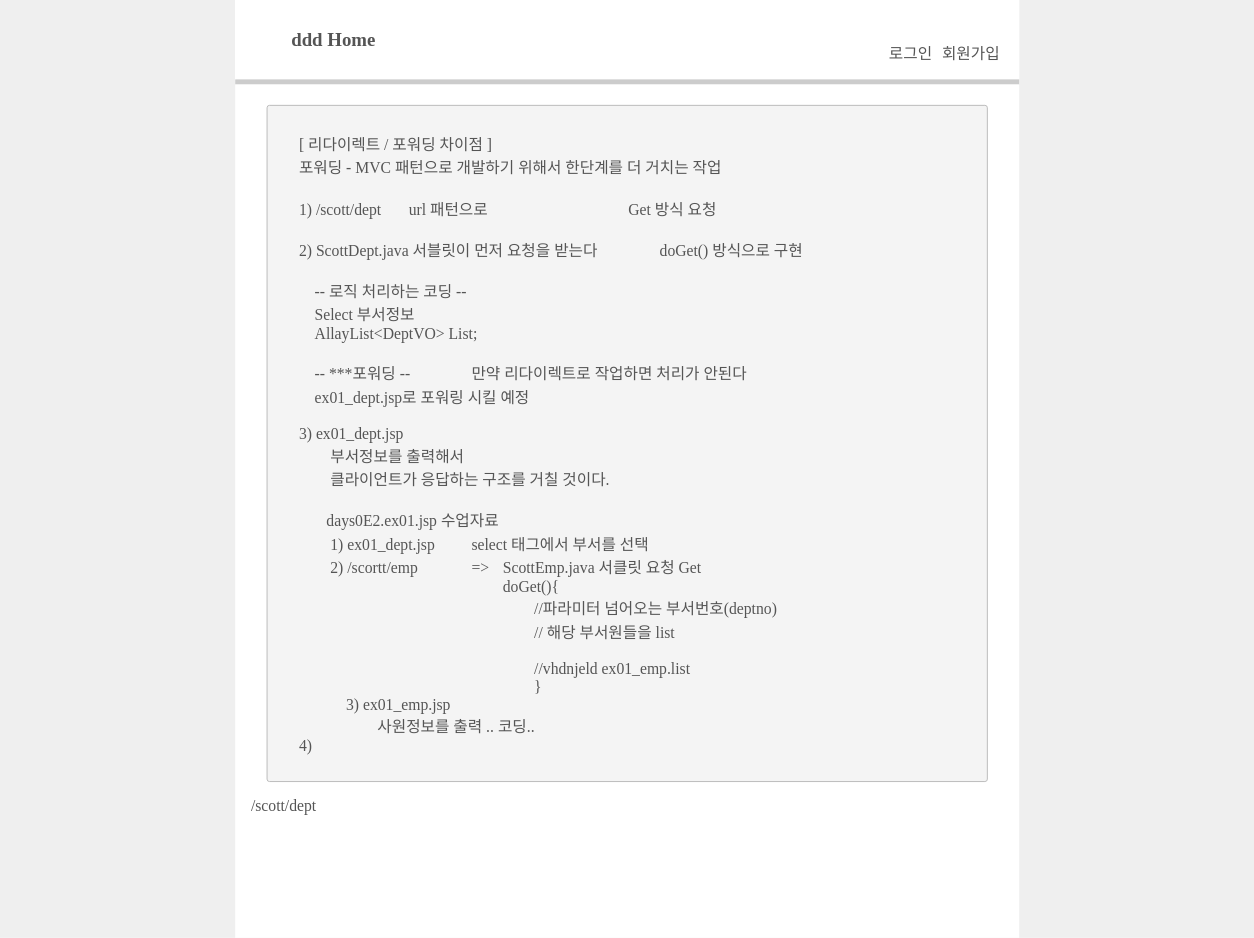
Repository: Deneb0000/JSP
Page: http://localhost/jspPro/days04/ex01.jsp
An editor plug-in stored every save of this project. The page is shown before and after the next save, followed by the edit.
The browser window is 1280 px wide. The pictures show the whole page, at 98% of full size.
Some web fonts or font styles are not loaded; a fallback is used. The page is served by Tomcat 9. Other server files are loaded and not shown.

Above is the page before, as saved 2024-10-18 01:06:12.

### jspPro/src/main/webapp/days04/ex01.jsp
<%@ page contentType="text/html; charset=UTF-8" pageEncoding="UTF-8"%>
<!DOCTYPE html>
<html>
<head>
<meta charset="UTF-8">
<title>Insert title here</title>
<link rel="shortcut icon" type="image/x-icon" href="http://localhost/jspPro/images/SiSt.ico">
<script src="https://ajax.googleapis.com/ajax/libs/jquery/3.7.1/jquery.min.js"></script>
<meta name="viewport" content="width=device-width, initial-scale=1.0">
<meta name="google" content="notranslate">
<link rel="stylesheet" href="http://localhost/jspPro/resources/cdn-main/example.css">
<script src="http://localhost/jspPro/resources/cdn-main/example.js"></script>
<style>
 span.material-symbols-outlined{
    vertical-align: text-bottom;
 }
</style>
</head>
<body>
<header>
  <h1 class="main"><a href="#" style="position: absolute;top:30px;">ddd Home</a></h1>
  <ul>
    <li><a href="#">로그인</a></li>
    <li><a href="#">회원가입</a></li>
  </ul>
</header>
<div>
  <xmp class="code">
    [ 리다이렉트 / 포워딩 차이점 ]
    포워딩 - MVC 패턴으로 개발하기 위해서 한단계를 더 거치는 작업

    1) /scott/dept	url 패턴으로 					Get 방식 요청

    2) ScottDept.java 서블릿이 먼저 요청을 받는다		doGet() 방식으로 구현

    	-- 로직 처리하는 코딩 --
    	Select 부서정보
    	AllayList<DeptVO> List;

    	-- ***포워딩 --		만약 리다이렉트로 작업하면 처리가 안된다
    	ex01_dept.jsp로 포워링 시킬 예정

    3) ex01_dept.jsp
	    부서정보를 출력해서
	    클라이언트가 응답하는 구조를 거칠 것이다.

	   days0E2.ex01.jsp 수업자료
	    1) ex01_dept.jsp		select 태그에서 부서를 선택
	    2) /scortt/emp 		=>	ScottEmp.java 서클릿 요청 Get
	    						doGet(){
	    							//파라미터 넘어오는 부서번호(deptno)
	    							// 해당 부서원들을 list

	    							//vhdnjeld ex01_emp.list
	    							}
		3) ex01_emp.jsp
			사원정보를 출력 .. 코딩..
    4)
  </xmp>
  <%
  //	"/jspPro" 선언
  String contextPath = request.getContextPath();
  %>
  <a href="<%= contextPath %>/scott/dept">/scott/dept</a>
</div>
</body>
</html>

### jspPro/src/main/webapp/resources/cdn-main/example.css
@charset "UTF-8";

@import url('https://fonts.googleapis.com/css2?family=Material+Symbols+Outlined:opsz,wght,FILL,GRAD@20..48,100..700,0..1,-50..200');

@font-face {
    font-family: 'GmarketSansMedium';
    src: url('https://cdn.jsdelivr.net/gh/projectnoonnu/noonfonts_2001@1.1/GmarketSansMedium.woff') format('woff');
    font-weight: normal;
    font-style: normal;
}

:root {
	--text-color: #555;
	--sub-text-color: #777;
	--back-color: #EFEFEF;
	--header-color: #444;
	--primary-color: #DEDEDE;
	--secondary-color: #EFEFEF;
	--default-width: 800px;
	--narrow-width: 500px;
	--wide-width: 1200px;
	--text-font: 'GmarketSansMedium';
	--icon-font: 'Material Symbols Outlined';
	--border-color: #CCC;
}

html, body {
	margin: 0;
	padding: 0;
}

html {
	background-color: var(--back-color);
	display: flex;
	justify-content: center;
	min-height: 100vh;
}

body, body.default {
	width: var(--default-width);
	background-color: white;
	padding-bottom: 120px;
}

body.wide {
	width: var(--wide-width);
}

body.narrow {
	width: var(--narrow-width);
}



body, p, div, span, a, input, select, option, textarea, button, table, th, td, label, fieldset, legend {
	font-family: var(--text-font);
	color: var(--text-color);
}

h1, h2, h3 {
	font-family: var(--text-font);
	color: var(--header-color);
	padding: 0 1rem;
	padding-top: .5rem;
}

div > h1, div > h2, div > h3 {
	padding: 0;
}

body > div, body > main > div {
	padding: 0.3rem 1rem;
}


h1 { font-size: 2rem; border-bottom: 1px solid var(--border-color); }
h1 small { font-size: 1.2rem; color: var(--sub-text-color); }
h2 { font-size: 1.5rem; border-bottom: 1px dashed var(--border-color); }
h2 small { font-size: 1.1rem; color: --sub-text-color; }
h3 { font-size: 1.2rem; }
h3 small { font-size: 1rem; color: --sub-text-color; }



h1.main::before {
	font-family: var(--icon-font);
  	content: '\e666';
  	margin-right: 10px;
  	float: left;
	font-size: 2.5rem;
}

h1.sub::before {
	font-family: var(--icon-font);
  	content: '\ea19';
  	margin-right: 10px;
  	float: left;
	font-size: 2.5rem;
}


h1.page::before {
	font-family: var(--icon-font);
  	content: '\e0e0';
  	margin-right: 10px;
  	float: left;
	font-size: 2.5rem;
}

body > header > ul > li > .active{
	background-color: #FFF;
	color:#F00;
}

body > header {
	display: flex;
	justify-content: space-between;
	border-bottom: 5px solid var(--border-color);
	min-height: 74px;
	background-color: #FFF;
}

body > header.sticky {
	position: sticky;
	top: 0;
	z-index: 98;
}

body > header > h1 {
	font-size: 1.2rem;
	border: 0;
}

body > header.in > h1::before {
	font-family: var(--icon-font);
  	content: '\e332‥';
  	margin-right: 3px;
  	float: left;
	font-size: 2rem;
}


body > header > ul {
	list-style-type: none;
	display: flex;
	align-items: flex-end;
	margin-right: 10px;
}

body > header > ul > li {
	margin-right: 10px;
	cursor: pointer;
}

body > header > ul > li > a {
	cursor: pointer;
}


form {
	display: block;
}

form > div {
	padding: 0.3rem 1rem;
}

div > form > div {
	padding: 0.3rem 0;
}

input, textarea, button, select {
	border: 1px solid #BBB;
	border-radius: 3px;
	outline: none;
	resize: none;
	padding: 7px;
	margin: 0;
}

input[type=text]:read-only, textarea:read-only {
	cursor: not-allowed;
	background-color: #FFF;
}

input[type=text]:disabled, textarea:disabled {
	cursor: not-allowed;
	background-color: #EEE;
}

input[type=text], input[type=password], textarea, button, select {
	/* width: 300px; */
}

textarea {
	display: block;
	height: 100px;
}

input[type=button], input[type=submit], button {
	/* width: inherit; */
}

input.short, textarea.short, button.short, select.short {
	width: 100px;
}

input.long, textarea.long, button.long, select.long {
	width: 350px;
}

.narrow input.long, .narrow textarea.long, .narrow button.long, .narrow select.long {
	width: calc(100% - 20px);
}

input.full, textarea.full, button.full, select.full {
	width: calc(100% - 20px);
}

textarea.short {
	height: 50px;
}

textarea.long {
	height: 100px;
}

textarea.full {
	height: 200px;
}

input, textarea {
	padding-top: 8px;
}

input[type=button], input[type=submit], button {
	padding: 5px 10px;
	background-color: var(--secondary-color);
	cursor: pointer;
	min-height: 36px;
}

input[type=button].primary, input[type=submit].primary, button.primary {
	/* background-color: rgba(100, 149, 237, .2); */
	background-color: var(--primary-color);
}

input[type=button].primary:hover, input[type=submit].primary:hover, button.primary:hover {
	/* background-color: rgba(100, 149, 237, .3); */
	background-color: var(--secondary-color);
}

input[type=button]:hover, input[type=submit]:hover, button:hover {
	background-color: var(--primary-color);
}

button {
	position: relative;
	left: 0;
	top: 0;
	padding-left: 35px;
}

button .material-symbols-outlined {
	position: absolute;
	left: 10px;
	top: 4px;
}

/* k2nik add */
button.login::before {
	font-family: var(--icon-font);
  	content: '\ea77';
	position: absolute;
	left: 11px;
	top: 4px;
	font-size: 1.25rem;
}

/* k2nik logout */
button.logout::before {
	font-family: var(--icon-font);
  	content: '\e9ba';
	position: absolute;
	left: 11px;
	top: 4px;
	font-size: 1.25rem;
}

/* k2nik help */
button.help::before {
	font-family: var(--icon-font);
  	content: '\f1c0';
	position: absolute;
	left: 11px;
	top: 4px;
	font-size: 1.25rem;
}

button.add::before{
	font-family: var(--icon-font);
  	content: '\e746';
	position: absolute;
	left: 11px;
	top: 4px;
	font-size: 1.25rem;
}

button.back::before {
	font-family: var(--icon-font);
  	content: '\e166';
	position: absolute;
	left: 11px;
	top: 4px;
	font-size: 1.25rem;
}

button.list::before {
	font-family: var(--icon-font);
  	content: '\e0ee';
	position: absolute;
	left: 11px;
	top: 4px;
	font-size: 1.25rem;
}


button.del::before {
	font-family: var(--icon-font);
  	content: '\e872';
	position: absolute;
	left: 11px;
	top: 4px;
	font-size: 1.25rem;
}


button.edit::before {
	font-family: var(--icon-font);
  	content: '\e745';
	position: absolute;
	left: 11px;
	top: 4px;
	font-size: 1.25rem;
}


button.login::before {
	font-family: var(--icon-font);
  	content: '\ea77';
	position: absolute;
	left: 11px;
	top: 4px;
	font-size: 1.25rem;
}


button.logout::before {
	font-family: var(--icon-font);
  	content: '\e9ba';
	position: absolute;
	left: 11px;
	top: 4px;
	font-size: 1.25rem;
}


button.in::before {
	font-family: var(--icon-font);
  	content: '\f71a';
	position: absolute;
	left: 11px;
	top: 4px;
	font-size: 1.25rem;
}


button.out::before {
	font-family: var(--icon-font);
  	content: '\f70e';
	position: absolute;
	left: 11px;
	top: 4px;
	font-size: 1.25rem;
}


button.reply::before {
	font-family: var(--icon-font);
  	content: '\e15e';
	position: absolute;
	left: 11px;
	top: 4px;
	font-size: 1.25rem;
}


button.comment::before {
	font-family: var(--icon-font);
  	content: '\e0b9';
	position: absolute;
	left: 11px;
	top: 4px;
	font-size: 1.25rem;
}


button.modal::before {
	font-family: var(--icon-font);
  	content: '\e89e';
	position: absolute;
	left: 11px;
	top: 4px;
	font-size: 1.25rem;
}


button.ok::before {
	font-family: var(--icon-font);
  	content: '\e86c';
	position: absolute;
	left: 11px;
	top: 4px;
	font-size: 1.25rem;
}


button.cancel::before {
	font-family: var(--icon-font);
  	content: '\e5c9';
	position: absolute;
	left: 11px;
	top: 4px;
	font-size: 1.25rem;
}

button.search::before {
	font-family: var(--icon-font);
  	content: '\e8b6';
	position: absolute;
	left: 11px;
	top: 4px;
	font-size: 1.25rem;
}

button.home::before {
	font-family: var(--icon-font);
  	content: '\e88a';
	position: absolute;
	left: 11px;
	top: 4px;
	font-size: 1.25rem;
}


button.sidebar::before {
	font-family: var(--icon-font);
  	content: '\f7e4';
	position: absolute;
	left: 11px;
	top: 4px;
	font-size: 1.25rem;
}


button.sidebar-right::before {
	font-family: var(--icon-font);
  	content: '\f7e5';
	position: absolute;
	left: 11px;
	top: 4px;
	font-size: 1.25rem;
}




button::before {
	font-family: var(--icon-font);
  	content: '\e323';
	position: absolute;
	left: 11px;
	top: 4px;
	font-size: 1.25rem;
}


table {
	border-collapse: collapse;
	margin: 1rem;
	box-sizing: border-box;
	width: calc(100% - 32px);
}

table.content {
	width: auto;
}

div > table {
	margin: 0;
}

table th, table td {
	border: 1px solid var(--border-color);
	padding: 7px;
	font-weight: normal;
}

table th {
	background-color: var(--back-color);
}

table.vertical th {
	width: 150px;
}

table.vertical td {
	width: calc(100% - 182px);
	padding-left: 10px;
}

table.content td, table.content th {
	width: auto;
}

body.narrow table.vertical th {
	width: 100px;
}

body.narrow table.vertical td {
	width: calc(100% - 182px);
}


table + table {
	margin-top: 30px;
}


p {
	padding: 0 1rem;
}

a {
	text-decoration: none;
}

a:hover {
	color: rgba(255, 99, 71, .7);
}

hr {
	border: 0;
	border-top: 1px solid var(--border-color);
	margin: 2rem 0;
}

.message {
	border: 1px solid var(--border-color);
	background-color: #EFEFEF;
	margin: 1rem;
	width: auto;
	padding-top: 10px;
	padding-bottom: 10px;
	font-size: 14px;
}

.message[title]::before {
	content: attr(title);
	display: block;
	border-bottom: 1px solid var(--border-color);
	padding-bottom: 5px;
	margin-bottom: 10px;
	margin-top: 7px;
}

.message.short {
	max-width: 250px;
}

.message.long {
	max-width: 500px;
}

.badge {
	float: right;
	font-size: .8rem;
	margin-top: 2px;
	margin-right: 2px;
	text-shadow: 0 0 7px gray;
}

.badge.left {
	float: none;
	margin-left: 2px;
}

.badge.right {
	float: right;
}

.badge.red {
	border-radius: 50%;
	padding: 2px 5px;
	background-color: rgb(255, 99, 71, .3);
}

.badge.yellow {

	border-radius: 50%;
	padding: 2px 5px;
	background-color: rgb(255, 215, 0, .5);
}

.badge.blue {
	border-radius: 50%;
	padding: 2px 5px;
	background-color: rgb(100, 149, 237, .3);
}

label + label {
	margin-left: 7px;
}

label input[type=checkbox], label input[type=radio] {
	transform: translate(0, 1px);
}

.group {
	display: flex;
}

.modal-content .group {
	margin-bottom: .5rem;
}

.group label {
	border: 1px solid #BBB;
	border-radius: 3px;
	outline: none;
	resize: none;
	padding: 7px 14px;
	margin: 0;
	border-top-right-radius: 0;
	border-bottom-right-radius: 0;
	background-color: #EFEFEF;
	white-space: nowrap;
	font-size: 14px;
}

.group input[type=text] {
	margin-left: -1px;
	border-top-left-radius: 0;
	border-bottom-left-radius: 0;
}

.group select {
	margin-left: -1px;
	border-top-left-radius: 0;
	border-bottom-left-radius: 0;
}

.group input.full[type=text] {
	margin-left: -1px;
	border-top-left-radius: 0;
	border-bottom-left-radius: 0;
	width: 100%;
}

.group input[type=button]:first-child, .group button:first-child {
	border-top-left-radius: 3px;
	border-bottom-left-radius: 3px;
	margin-left: 0px;
}

.group input[type=button], .group button {
	border-radius: 0;
	margin-left: -1px;
}

.group input[type=button]:last-child, .group button:last-child {
	margin-left: -1px;
	border-top-right-radius: 3px;
	border-bottom-right-radius: 3px;
}

.seperate {
	display: flex;
	justify-content: space-between;
}

div.list {
	width: max-content;
	margin: 1rem;
	border: 1px solid #BBB;
	border-radius: 3px;
	padding: 0;
}

div.list.full {
	width: auto;
	display: block;
	margin: 1rem;
	border: 1px solid #BBB;
	border-radius: 3px;
	padding: 0;
}

div.list > div {
	padding: .5rem 1rem;
	margin: 0;
	border-bottom: 1px solid #BBB;
}

div.list > div:last-child {
	border-bottom: 0;
}

pre.code , xmp.code{
	font-family: consols;
	background-color: rgba(150, 150, 150, .1);
	border: 1px solid #BBB;
	border-radius: 3px;
	padding: .5rem 1rem;
	padding-bottom: .6rem;
	margin: 1rem;
}




*[data-modal-window] {
	position: fixed;
	background-color: rgba(0, 0, 0, .3);
	left: 0;
	top: 0;
	display: none;
	justify-content: center;
	align-items: flex-start;
	width: 100%;
	min-height: 100vh;
	z-index: 100;
	opacity: 0;
	transition: 500ms all;
}

*[data-modal-window] .modal-container {
	border-radius: 5px;
	padding: 1rem;
	padding-bottom: .5rem;
	margin-top: -500px;
	opacity: 0;
	width: 500px;
	background-color: #FFF;
	margin-right: 2rem;
	transition: 500ms all;
}

*[data-modal-size=content] .modal-container {
	width: auto;
}

*[data-modal-size=narrow] .modal-container {
	width: 300px;
}

*[data-modal-size=wide] .modal-container {
	width: 760px;
}


*[data-modal-window] .modal-header {
	border-bottom: 1px solid var(--border-color);
	padding: 2px 5px;
}

*[data-modal-window] .modal-content {
	padding: 1rem 5px;
}

*[data-modal-window] .modal-content div:last-child {
	margin-top: 1rem;
	text-align: right;
}



*[data-sidebar-window] {
	position: fixed;
	background-color: #FFF;
	left: 0;
	top: 0;
	display: block;
	width: 300px;
	border-right: 1px solid var(--border-color);
	box-sizing: border-box;
	box-shadow: 0 0 3px var(--back-color);
	min-height: 100vh;
	z-index: 99;
	transform: translate(-300px, 0);
	transition-duration: 500ms;
	transition-property: transform;
}

*[data-sidebar-direction=right] {
	left: auto;
	right: 0;
	transform: translate(300px, 0);
	border-left: 1px solid var(--border-color);
}

*[data-sidebar-size=wide] {
	width: 500px;
	transform: translate(-500px, 0);
}

*[data-sidebar-window] .sidebar-title {
	border-bottom: 1px solid var(--border-color);
	margin-top: 20px;
	margin-bottom: 20px;
	padding-bottom: 5px;
	display: flex;
	justify-content: space-between;
}

*[data-sidebar-window] .sidebar-title span:last-child {
	cursor: pointer;
}


/* K2Nik pagination */
.center {
  text-align: center;
}

.pagination {
  display: inline-block;
}

.pagination a {
  color: black;
  float: left;
  padding: 3px 6px;
  text-decoration: none;
  transition: background-color .3s;
  border: 1px solid #ddd;
  margin: 0 3px;
}

.pagination a.active {
  background-color: #4CAF50;
  color: white;
  border: 1px solid #4CAF50;
}

.pagination a:hover:not(.active) {background-color: #ddd;}

### jspPro/src/main/webapp/resources/cdn-main/example.js

window.onload = () => {

    const list = document.querySelectorAll('input, textarea');

    list.forEach(item => {
        item.setAttribute('autocomplete', 'off');
    });


    const modal_btn_list = document.querySelectorAll('*[data-modal-button]');

    modal_btn_list.forEach(item => {
        item.onclick = function() {

            const name = this.dataset['modalButton'];
            const modal_window = document.querySelector('*[data-modal-window=' + name);

            const container = document.createElement('div');
            container.className = 'modal-container';



            const modal_header = document.createElement('div');
            modal_header.textContent = modal_window.dataset['modalTitle'];
            modal_header.className = 'modal-header';
            container.appendChild(modal_header);

            const modal_content = document.createElement('div');
            modal_content.className = 'modal-content';
            container.appendChild(modal_content);

            Array.from(modal_window.childNodes).forEach(item => {
                modal_content.appendChild(item);
            });

            modal_window.appendChild(container);

            modal_window.style.display = 'flex';

            setTimeout(() => {
                modal_window.style.opacity = 1;
                container.style.marginTop = '20px';
                container.style.opacity = 1;
            }, 50);


            const modal_ok = document.querySelector('*[data-modal-ok=' + name);
            modal_ok.addEventListener('click', function() {
                modal_window.style.opacity = 0;
                container.style.marginTop = '-500px';
                container.style.opacity = 0;

                setTimeout(() => {
                    modal_window.innerHTML = modal_content.innerHTML;
                    modal_window.style.display = 'none';
                }, 500);

            });

            const modal_cancel = document.querySelector('*[data-modal-cancel=' + name);
            modal_cancel.addEventListener('click', function() {

                modal_window.style.opacity = 0;
                container.style.marginTop = '-500px';
                container.style.opacity = 0;

                setTimeout(() => {
                    modal_window.innerHTML = modal_content.innerHTML;
                    modal_window.style.display = 'none';
                }, 500);
            });


        };
    });


    const sidebar_btn_list = document.querySelectorAll('*[data-sidebar-button]');

    sidebar_btn_list.forEach(item => {
        item.onclick = function() {



            const name = this.dataset['sidebarButton'];
            const sidebar_window = document.querySelector('*[data-sidebar-window=' + name);

            if (sidebar_window.style.transform == 'translate(0px, 0px)') return;



            sidebar_window.style.transform = 'translate(0, 0)';

            const sidebar_title = document.createElement('div');
            sidebar_title.className = 'sidebar-title';
            sidebar_title.innerHTML = '<span>' + sidebar_window.dataset['sidebarTitle'] + '</span><span class="material-symbols-outlined">close</span>';

            sidebar_title.children[1].onclick = function() {

                let sign = 1;
                let distance = 300;

                if (sidebar_window.dataset['sidebarDirection'] != 'right') {
                    sign = -1;
                } else {
                    sign = 1;
                }

                if (sidebar_window.dataset['sidebarSize'] != 'wide') {
                    distance = 300;
                } else {
                    distance = 500;
                }

                distance *= sign;

                sidebar_window.style.transform = 'translate(' + distance + 'px, 0)';

                setTimeout(function() {
                    sidebar_window.removeChild(sidebar_window.children[0]);
                }, 500);
            };


            sidebar_window.prepend(sidebar_title);

        }
    });

};

// window.onkeydown = function(event) {

//     if (event.keyCode == 27) {
//         if (document.querySelector('[data-modal-window').style.display == 'flex') {
//             document.querySelector('[data-modal-window').style.display = 'none';
//         }
//     }

// };

After the next save:
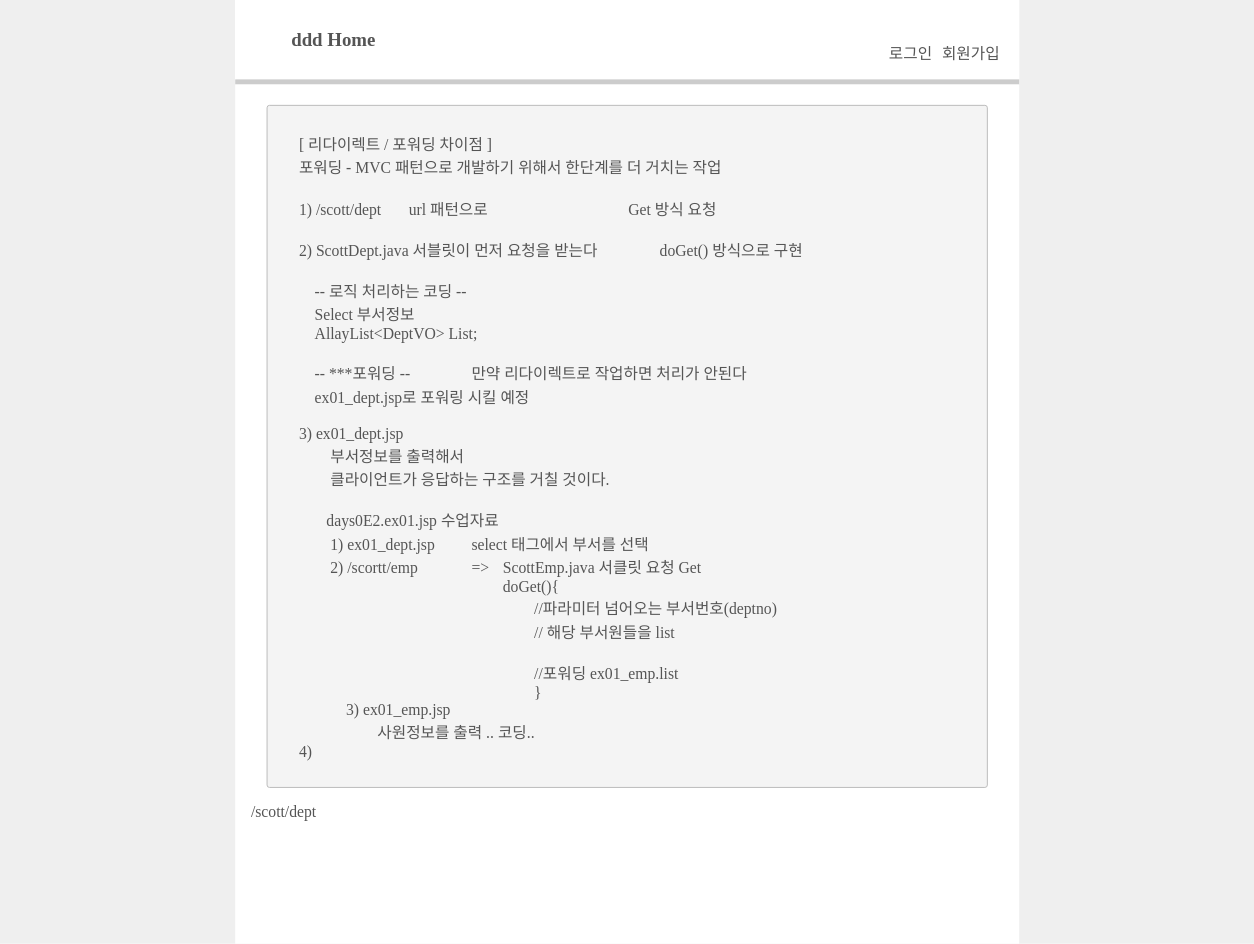
Saved 70 s later.
--- a/jspPro/src/main/webapp/days04/ex01.jsp
+++ b/jspPro/src/main/webapp/days04/ex01.jsp
@@ -51,7 +51,7 @@
 	    							//파라미터 넘어오는 부서번호(deptno)
 	    							// 해당 부서원들을 list
 
-	    							//vhdnjeld ex01_emp.list
+	    							//포워딩 ex01_emp.list
 	    							}
 		3) ex01_emp.jsp
 			사원정보를 출력 .. 코딩..
